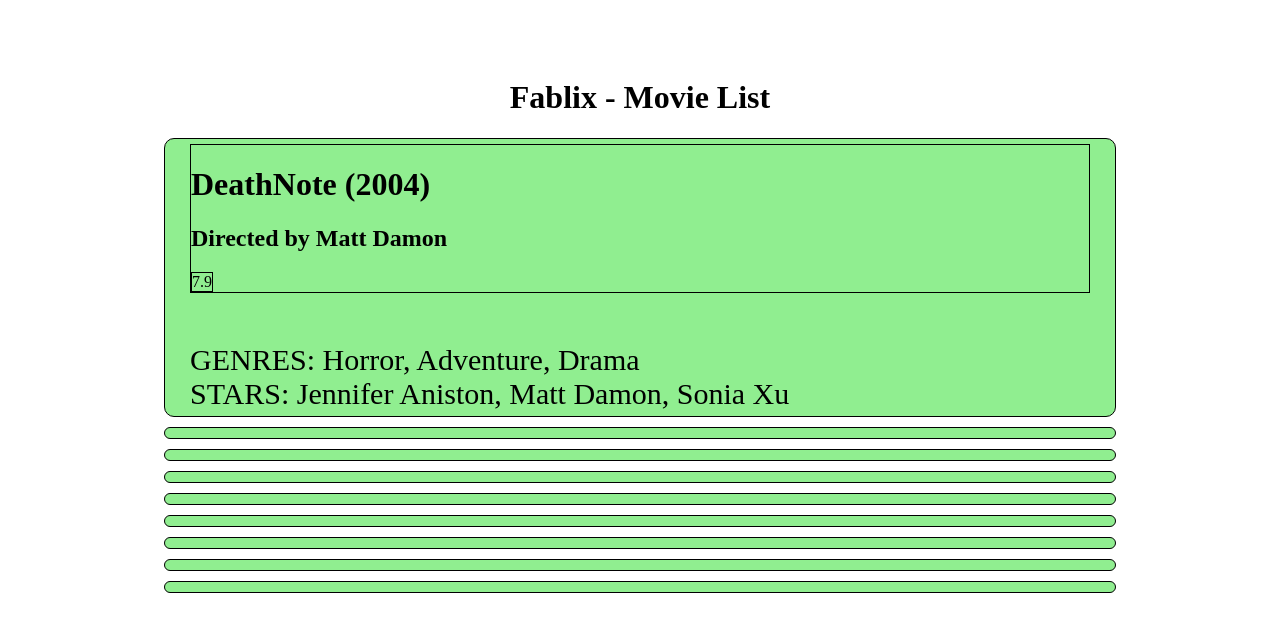
Repository: csumphan/fablix
Page: http://localhost/Project1/
An editor plug-in stored every save of this project. The page is shown before and after the next save, followed by the edit.
The browser window is 1280 px wide. The pictures show the whole page.
The page is served by Tomcat 9. Nobody is signed in. The application's start-up code is not run.

Above is the page before, as saved 2018-01-23 00:11:50.

After the next save:
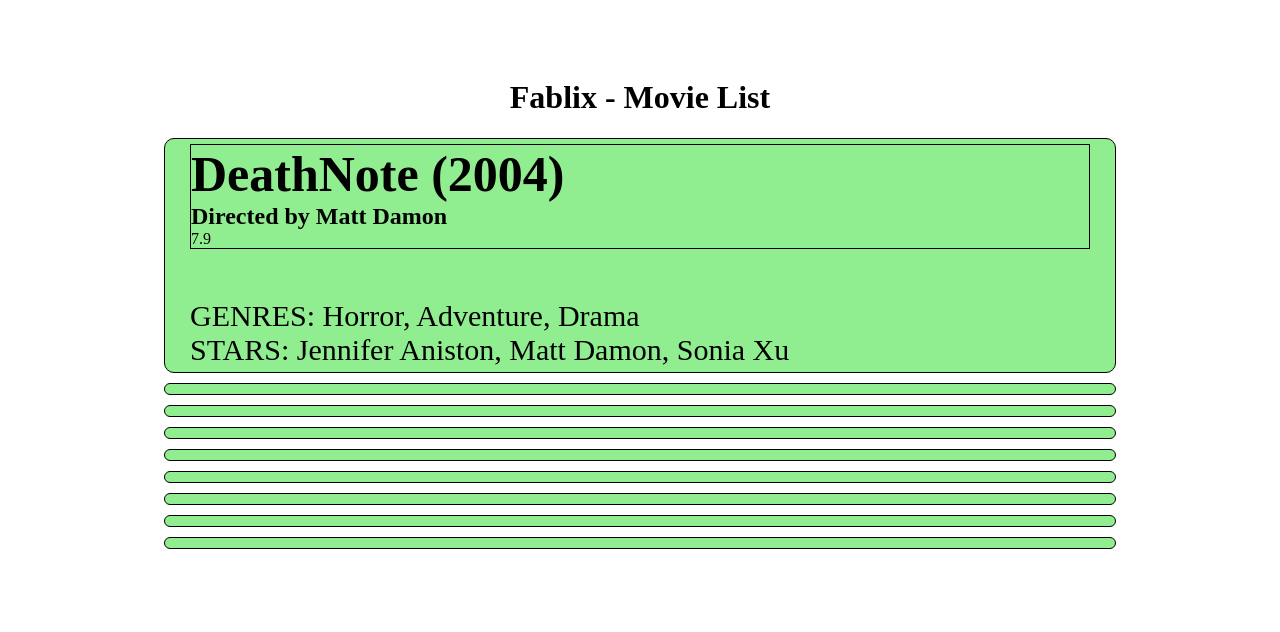
Saved 9 s later.
--- a/Project1/WebContent/styles.css
+++ b/Project1/WebContent/styles.css
@@ -27,23 +27,13 @@
 	border: 1px solid black;
 }
 
-.title {
-	border: 1px solid black;
-	display: inline-block;
-}
-
-.title > h1 {
+.header-container > h1 {
 	margin: 0px;
 	font-size: 50px;
 }
 
-.title > h2 {
+.header-container > h2 {
 	margin: 0px;
-}
-
-.rating {
-	display: inline-block;
-	border: 1px solid black;
 }
 
 .info-container {
